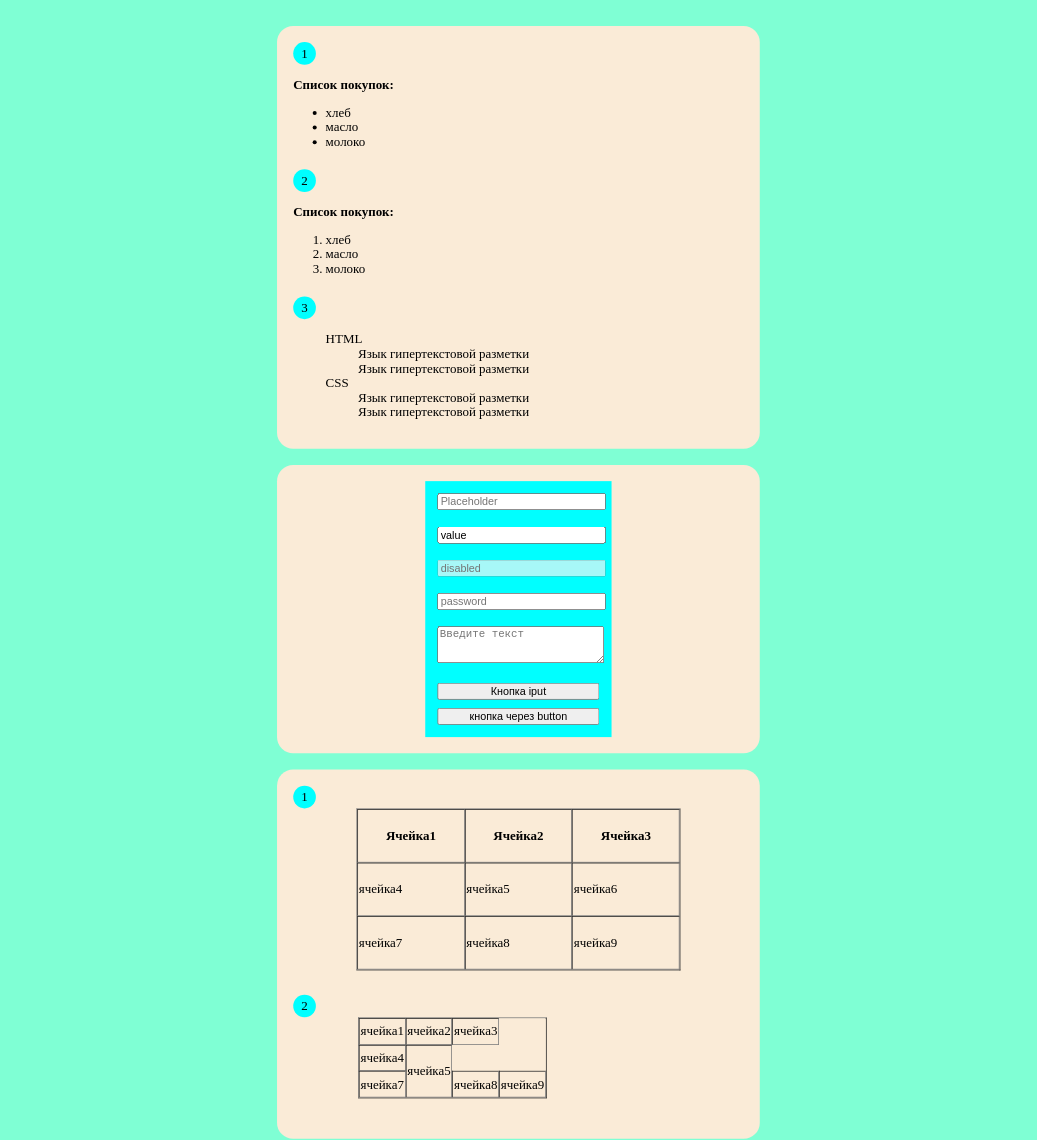
Repository: Savich01/-
Page: html/index.html
These files come from the project's save history. The page is drawn as it stood at one moment and after the next save; the edit follows.
The browser window is 1280 px wide. The pictures show the whole page, at 81% of full size.

Above is the page before, as saved 2024-05-31 16:53:39.

### html/index.html
<!DOCTYPE html>
<html lang="en">
<head>
    <meta charset="UTF-8">
    <meta name="viewport" content="width=device-width, initial-scale=1.0">
    <title>Document</title>
    <link rel="stylesheet" href="/css/style.css">
</head>
<body>

    <header class="header">

    </header>
    <main class="main">
        <div class="container">
            <section class="section-1">
                <div class="block">1</div>
                <p class="text">
                    <b>Список покупок:</b>
                </p>
                <ul class="list">
                    <li>хлеб</li>
                    <li>масло</li>
                    <li>молоко</li>
                </ul>

                <div class="block">2</div>
                <p class="text">
                    <b>Список покупок:</b>
                </p>
                <ol class="list">
                    <li>хлеб</li>
                    <li>масло</li>
                    <li>молоко</li>
                </ol>

                <div class="block">3</div>
                <ul class="main-list--item">
                    <li>HTML
                        <ul>
                            <li class="main-link">Язык гипертекстовой разметки</li>
                            <li class="main-link">Язык гипертекстовой разметки</li>
                        </ul>
                    </li>
                    <li>CSS
                        <ul>
                            <li class="main-link">Язык гипертекстовой разметки</li>
                            <li class="main-link">Язык гипертекстовой разметки</li>
                        </ul>
                    </li>
                </ul>
            </section>

            <section class="section-2">
                <form action="#" class="form">
                    <input class="input" type="text" placeholder="Placeholder">
                    <input class="input" type="text" value="value">
                    <input class="input" type="text" disabled="disabled" placeholder="disabled">
                    <input class="input" type="password" placeholder="password">
                    <textarea class="textarea" placeholder="Введите текст"></textarea>
                    <input class="input-btn" type="button" value="Кнопка iput">
                    <button class="button">кнопка через button</button>
                </form>
            </section>

            <section class="section-3">
                <div class="block">1</div>
                <table class="table" width=400 height=200 border=1 cellpedding=0 cellspacing=0>
                    <tr>
                        <th>Ячейка1</th>
                        <th>Ячейка2</th>
                        <th>Ячейка3</th>
                    </tr>

                    <tr>
                        <td>ячейка4</td>
                        <td>ячейка5</td>
                        <td>ячейка6</td>
                    </tr>
                    <tr>
                        <td>ячейка7</td>
                        <td>ячейка8</td>
                        <td>ячейка9</td>
                    </tr>
                </table>

                <div class="block">2</div>
                <table class="table2" width=200 height=100  border="1" cellpedding=0 cellspacing=0>
                    <tr>
                        <td>ячейка1</td>
                        <td>ячейка2</td>
                        <td>ячейка3</td>
                    </tr>
                    <tr>
                        <td>ячейка4</td>
                        <td rowspan="2">ячейка5</td>
                        <!-- <td>ячейка6</td> -->
                    </tr>
                    <tr>
                        <td>ячейка7</td>
                        <td>ячейка8</td>
                        <td>ячейка9</td>
                    </tr>
                </table>
            </section>
        </div>
    </main>
    <footer class="footer">

    </footer>

</body>
</html>

### css/style.css
body{
    max-width: 600px;
    height: 100%;
    margin: 0 auto;
    background-color: aquamarine;
    padding: 0px 10px;
}

.container{
    padding: 2px;
    margin-top: 30px;
}
/* ==========SECTION-1========================== */
.section-1{
    padding: 20px;
    background-color: antiquewhite;
    border-radius: 20px;
    margin-bottom: 20px;
}

.block{
    background-color:aqua;
    display: inline-block;
    padding: 5px 10px;
    border-radius: 100%;
}

.list{
    margin-bottom: 25px;
}
.main-list--item{
    list-style: none;
    /* text-decoration: none; */
}

.main-link{
    list-style: none;
}

/* ==========SECTION-2========================== */

.section-2{
    background-color: antiquewhite;
    border-radius: 20px;
    padding: 20px;
    margin-bottom: 20px;
}

.form{
    margin: 0 auto;
    max-width: 200px;
    padding: 15px;
    background-color: aqua;
}
.input{
    margin: 0 auto;
    width: 100%;
    margin-bottom: 20px;
}
.textarea{
    width: 100%;
    height: 40px;
    margin-bottom: 20px;
}

.input-btn{
    display: block;
    width: 100%;
    margin-bottom: 10px;
    cursor: pointer;
}
.button{
    display: block;
    width: 100%;
    cursor: pointer;
}

/* ==========SECTION-3========================== */

.section-3{
    background-color: antiquewhite;
    border-radius: 20px;
    padding: 20px;
}

.table{
    margin: 0 auto;
    margin-bottom: 30px;
}
.table2{
    margin-left: 80px;
    margin-bottom: 30px;
}

After the next save:
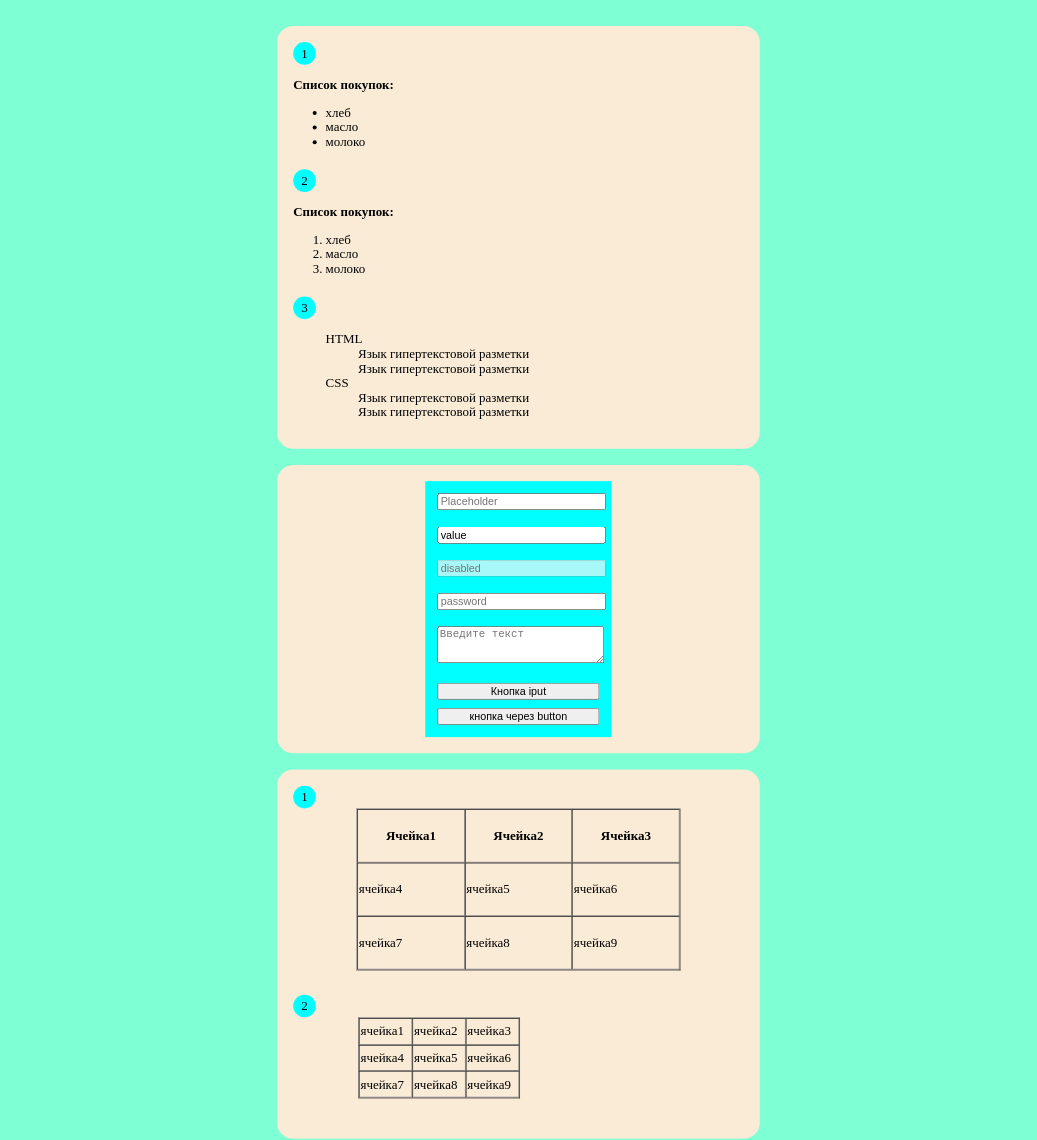
Saved 20 s later.
--- a/html/index.html
+++ b/html/index.html
@@ -93,8 +93,8 @@
                     </tr>
                     <tr>
                         <td>ячейка4</td>
-                        <td rowspan="2">ячейка5</td>
-                        <!-- <td>ячейка6</td> -->
+                        <td >ячейка5</td>
+                        <td>ячейка6</td>
                     </tr>
                     <tr>
                         <td>ячейка7</td>
